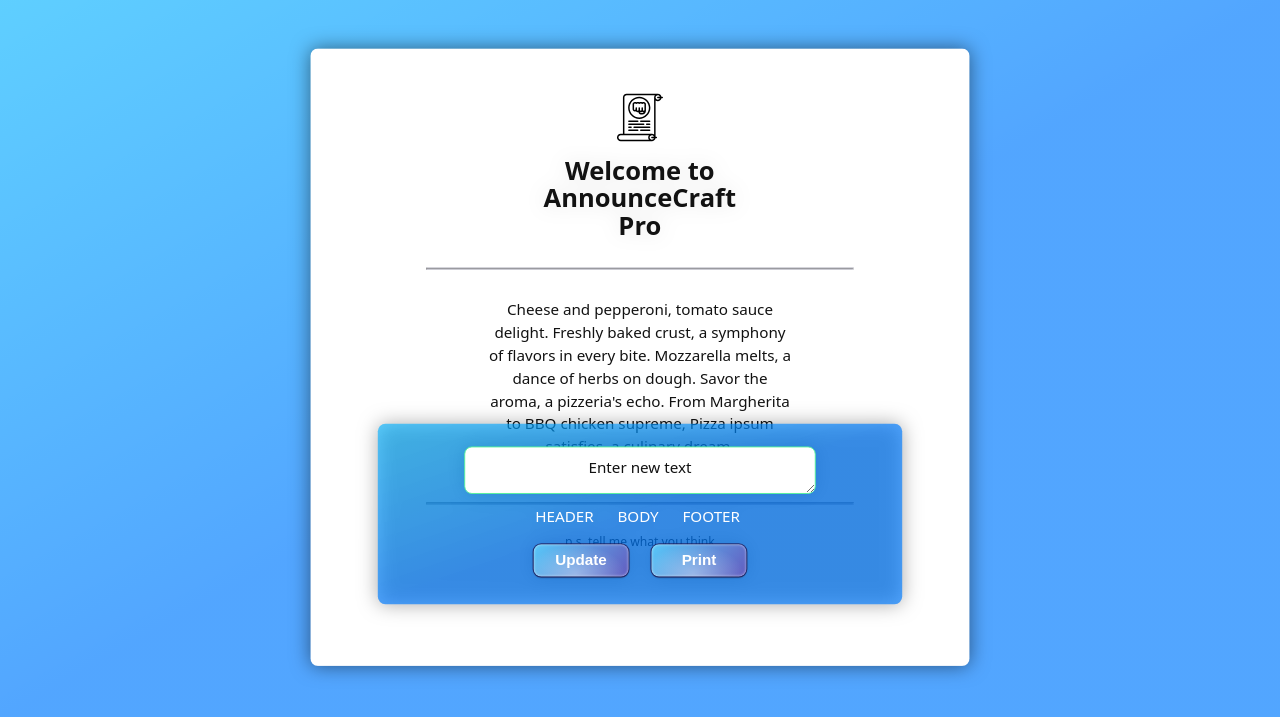
Repository: Freezler/AnnounceCraft
Page: index.html
An editor plug-in stored every save of this project. The page is shown before and after the next save, followed by the edit.
The browser window is 1280 px wide. The pictures show the whole page.

Above is the page before, as saved 2024-01-22 21:25:48.

### index.html
<!DOCTYPE html>
<html lang="en">

<head>
	<meta charset="UTF-8" />
	<meta name="viewport" content="width=device-width, initial-scale=1.0" />
	<title>Paper Announcement App</title>
	<link rel="stylesheet" href="style.css" />
</head>

<body>
	<section id="shopping-list">

		<div class="content">
			<svg xmlns="http://www.w3.org/2000/svg" xmlns:xlink="http://www.w3.org/1999/xlink" version="1.1" x="0"
				y="0px" viewBox="0 0 64 80" enable-background="new 0 0 64 64" xml:space="preserve">
				<g>
					<path
						d="M6,64h42c2.414,0,4.435-1.721,4.898-4H54c0.553,0,1-0.447,1-1s-0.447-1-1-1h-1V8.975C53.838,9.609,54.87,10,56,10   c2.414,0,4.435-1.721,4.898-4H62c0.553,0,1-0.447,1-1s-0.447-1-1-1h-1.102C60.435,1.721,58.414,0,56,0H14c-2.757,0-5,2.243-5,5v49   H6c-2.757,0-5,2.243-5,5S3.243,64,6,64z M48,62c-1.654,0-3-1.346-3-3s1.346-3,3-3c1.302,0,2.401,0.839,2.815,2H48   c-0.553,0-1,0.447-1,1s0.447,1,1,1h2.815C50.401,61.161,49.302,62,48,62z M58.815,4H56c-0.553,0-1,0.447-1,1s0.447,1,1,1h2.815   C58.401,7.161,57.302,8,56,8c-1.654,0-3-1.346-3-3s1.346-3,3-3C57.302,2,58.401,2.839,58.815,4z M11,5c0-1.654,1.346-3,3-3h38.025   C51.391,2.838,51,3.87,51,5v50.025C50.162,54.391,49.13,54,48,54H11V5z M6,56h38.025C43.391,56.838,43,57.87,43,59   s0.391,2.162,1.025,3H6c-1.654,0-3-1.346-3-3S4.346,56,6,56z" />
					<path
						d="M45,40.008h-4c-0.553,0-1,0.447-1,1s0.447,1,1,1h4c0.553,0,1-0.447,1-1S45.553,40.008,45,40.008z" />
					<path
						d="M17,42.008h20c0.553,0,1-0.447,1-1s-0.447-1-1-1H17c-0.553,0-1,0.447-1,1S16.447,42.008,17,42.008z" />
					<path
						d="M45,44.008H24c-0.553,0-1,0.447-1,1s0.447,1,1,1h21c0.553,0,1-0.447,1-1S45.553,44.008,45,44.008z" />
					<path
						d="M17,46.008h3c0.553,0,1-0.447,1-1s-0.447-1-1-1h-3c-0.553,0-1,0.447-1,1S16.447,46.008,17,46.008z" />
					<path
						d="M17,38.008h12c0.553,0,1-0.447,1-1s-0.447-1-1-1H17c-0.553,0-1,0.447-1,1S16.447,38.008,17,38.008z" />
					<path
						d="M45,36.008H33c-0.553,0-1,0.447-1,1s0.447,1,1,1h12c0.553,0,1-0.447,1-1S45.553,36.008,45,36.008z" />
					<path
						d="M29,48.008H17c-0.553,0-1,0.447-1,1s0.447,1,1,1h12c0.553,0,1-0.447,1-1S29.553,48.008,29,48.008z" />
					<path
						d="M45,48.008H33c-0.553,0-1,0.447-1,1s0.447,1,1,1h12c0.553,0,1-0.447,1-1S45.553,48.008,45,48.008z" />
					<path
						d="M40.001,14.006c0-1.654-1.346-3-3-3c-0.003,0-0.005,0.002-0.007,0.002c-0.703,0.001-1.389,0.19-1.993,0.545   c-1.213-0.711-2.787-0.711-4,0c-1.213-0.711-2.787-0.711-4,0c-0.604-0.354-1.29-0.544-1.993-0.545   c-0.002,0-0.004-0.002-0.007-0.002c-1.654,0-3,1.346-3,3v7.002c0,1.654,1.346,3,3,3c0.537,0,1.034-0.153,1.471-0.401   c0.532,0.84,1.464,1.402,2.529,1.402c0.36,0,0.7-0.074,1.021-0.19c-0.004,0.064-0.021,0.126-0.021,0.191c0,1.654,1.346,3,3,3h1.989   c0.004,0,0.006,0.002,0.01,0.002c2.76,0,5.006-2.246,5.006-5.006c0-0.009-0.005-0.016-0.005-0.024V14.006z M29.001,23.009   c-0.552,0-1-0.448-1-1v-3.003c0-0.553-0.447-1-1-1s-1,0.447-1,1v2.002c0,0.552-0.448,1-1,1s-1-0.448-1-1v-7.002   c0-0.551,0.447-0.998,0.997-1c0.001,0,0.002,0.001,0.003,0.001c0.485,0,0.957,0.186,1.331,0.521c0.379,0.342,0.959,0.342,1.338,0   c0.748-0.672,1.914-0.672,2.662,0c0.379,0.342,0.959,0.342,1.338,0c0.748-0.672,1.914-0.672,2.662,0   c0.189,0.171,0.43,0.257,0.669,0.257s0.479-0.086,0.669-0.257c0.374-0.336,0.846-0.521,1.331-0.521   c0.001,0,0.002-0.001,0.003-0.001c0.55,0.002,0.997,0.449,0.997,1v8.003c0,0.552-0.448,1-1,1s-1-0.448-1-1v-3.003   c0-0.553-0.447-1-1-1s-1,0.447-1,1v3.003c0,0.552-0.448,1-1,1s-1-0.448-1-1v-3.003c0-0.553-0.447-1-1-1s-1,0.447-1,1v3.003   C30.001,22.561,29.553,23.009,29.001,23.009z M35.007,26.011c-0.003,0-0.005-0.001-0.007-0.001h-1.999c-0.552,0-1-0.448-1-1   c0-0.061,0.026-0.115,0.038-0.174c0.304,0.104,0.623,0.173,0.962,0.173c0.771,0,1.468-0.301,2-0.78c0.532,0.479,1.229,0.78,2,0.78   c0.084,0,0.162-0.018,0.244-0.024C36.695,25.607,35.9,26.009,35.007,26.011z" />
					<path
						d="M31,3.998c-8.271,0-15,6.729-15,15s6.729,15,15,15s15-6.729,15-15S39.271,3.998,31,3.998z M31,31.998   c-7.168,0-13-5.832-13-13s5.832-13,13-13s13,5.832,13,13S38.168,31.998,31,31.998z" />
				</g>
			</svg>
			<h1 @click="updateSelectedType('Header'); updateSelectedText(header)">{{ header }}</h1>
			<hr>
			<p @click="updateSelectedType('Body'); updateSelectedText(body)">{{ body }}</p>
			<hr>
			<h4 @click="updateSelectedType('Footer'); updateSelectedText(footer)">{{ footer }}</h4>
		</div>
		<div class="choice-box">
			<textarea v-model="selectedText" type="text" minlength="10" maxlength="400" required
				placeholder="Enter new text"></textarea>

			<div class="radio-container">
				<input class="btn" type="radio" id="header" value="Header" v-model="selectedType"
					@change="updateTempContent">
				<label for="header">HEADER</label>
				<input class="btn" type="radio" id="body" value="Body" v-model="selectedType"
					@change="updateTempContent">
				<label for="body">BODY</label>
				<input class="btn" type="radio" id="footer" value="Footer" v-model="selectedType"
					@change="updateTempContent">
				<label for="footer">FOOTER</label>
				<div class="btn-group">
					<button @click="updateText" class="btn">Update</button>
					<button @click="updateText" class="btn">Print</button>
				</div>

			</div>
		</div>
	</section>
	<script src="https://unpkg.com/vue@3"></script>
	<script src="app.js"></script>
</body>

</html>

### style.css
:root {
    --primary-color: hsla(211, 100%, 50%, 0.678);
    --secondary-color: #6c757d;
    --success-color: #28a745;
    --error-color: #dc3545;
    --oxford-blue: rgb(18, 18, 18);
    --bittersweet: rgb(44, 44, 88);
    --platinum: hsla(174, 11%, 82%, 1);
    --khaki: rgb(118, 143, 230);
    --white: rgb(255, 255, 255);
    --primary: rgb(255, 0, 76);
    --secondary: rgb(0, 255, 76);
    --polkadot-pink: #e6007a;
    --polkadot-purple: #552BBF;
    --polkadot-cyan: hsla(198, 100%, 50%, 0.63);
    --polkadot-lime: #D3FF33;
    --polkadot-green: #56F39A;

    /* Fonts */
    --main-font: 'system-ui', -apple-system, BlinkMacSystemFont, 'Segoe UI', Roboto, Oxygen, Ubuntu, Cantarell, 'Open Sans', 'Helvetica Neue', sans-serif;
    --heading-font: 'Roboto', sans-serif;

    /* Spacing */
    --spacing-small: 8px;
    --spacing-medium: 16px;
    --spacing-large: 24px;

    /* Breakpoints */
    --tablet-breakpoint: 768px;
    --desktop-breakpoint: 1024px;

    /* Other Variables */
    --border-radius: 4px;
    --box-shadow: 1px 2px 4px rgba(0, 0, 0, 0.5);
    --radius: 8px;

    /* Typography */
    --heading-font-size: 24px;
    --heading-line-height: 1.2;
    --paragraph-font-size: 16px;
    --paragraph-line-height: 1.5;
    --paragraph-max-width: 35ch;

    scale: 0.95;
}

body {
    margin: 0;
    padding: 0;
    font-family: var(--main-font);
    background-image: linear-gradient(to bottom right, var(--polkadot-cyan) 0%, var(--primary-color) 50%);
    color: var(--oxford-blue);
    text-align: center;
    height: 100vh;
    display: flex;
    flex-direction: column;
    align-items: center;

}

section {
    margin: 2rem;
    height: 90%;
    border: 1px solid transparent;
    border-radius: var(--radius);
    padding: 0;
    max-width: 54vw;
    background-color: var(--white);
    text-align: center;
    position: absolute;
    /* box-shadow: var(--box-shadow); */
    filter: drop-shadow(0px 0px 10px rgba(0,0,0,.5));

}

h1 {
    font-size: clamp(0.9rem, 2vw, 2rem);
    line-height: 1.1;
    filter: drop-shadow(0px 0px 10px rgba(0,0,0,.1));

    width: 15ch;
    margin: 1rem auto 0;
    word-wrap: pretty;
    transform: scale(1.05);
}

h1:hover {


    color: var(--polkadot-lime);
    transition: color 5s cubic-bezier(0.215, 0.610, 0.355, 1);
    text-align: center;

    padding: 0;
}

h4 {
    font-size: clamp(0.3rem, 2vw, 0.8rem);
    font-weight: 100;
    width: 35ch;
    vertical-align: middle;
    margin: 0 auto;
    padding-bottom: 24px;
    text-align: center;
    word-wrap: balanced;
}

p {
    font-size: clamp(0.6rem, 2vw, 1rem);
    line-height: 1.6;
    width: 35ch;
    line-height: 1.5;
    margin: 0 auto;
    padding: 0px 0px 1rem;
    text-wrap: balance;
    text-align: center;
}

hr {
    background-color: var(--bittersweet);
    width: 35vw;

    align-self: center;

}

label {
    display: block;
    color: var(--white);
}

.radio-container input[type="radio"] {
    display: none;

}

.radio-container input[type="radio"]:hover {
    background: #b984e86e;

}

.radio-container input[type="radio"]+label {
    display: inline-block;
    padding: 5px 10px;
    border-radius: var(--radius);
    margin-right: 5px;
    cursor: pointer;
}

.radio-container input[type="radio"]:checked+label {
    color: var(--white);
    font-weight: 700;
    text-transform: uppercase;
    background: var(--primary);
    filter: brightness(1.)
}

.content {
    display: flex;
    flex-direction: column;
    gap: clamp(1.4rem, 1vw, 2rem);
    width: 54vw;
    text-wrap: balance;
    padding: 5rem 0 4rem;
    margin-top: 1.2rem;
}

svg {
    position: absolute;
    top: 2.4rem;
    left: calc(50% - 25px);
    width: 50px;
    height: 80px;
    padding-bottom: 1rem;

}

.choice-box {
    position: absolute;
    bottom: 2rem;

    opacity: 1;

    background-image: linear-gradient(to bottom right, var(--polkadot-cyan) 0%, var(--primary-color) 50%);
    display: flex;
    flex-direction: column;
    gap: 8px;
    justify-content: center;
    align-items: center;
    break-before: always;
    left: 0rem;
    right: 0;
    padding: 0.8rem 0 0.8rem;

    border-radius: var(--radius);
    padding-top: 24px;
    padding-bottom: 16px;
    margin: 2rem auto;

    filter: drop-shadow(0px 0px 10px rgba(0,0,0,.5));

    max-width: 80%;

    textarea {
        width: 66%;
        color: var(--oxford-blue);
        background-color: var(--white);
        border: 1px solid var(--polkadot-green);
        border-radius: var(--radius);
        font-size: 16px;
        font-family: system-ui, -apple-system, BlinkMacSystemFont, 'Segoe UI', Roboto, Oxygen, Ubuntu, Cantarell, 'Open Sans', 'Helvetica Neue', sans-serif;
        margin: 0 auto;

        text-align: center;
        justify-content: baseline;
        overflow: hidden;
        outline: none;
        vertical-align: middle;

        &::placeholder {
            color: var(--oxford-blue);
            text-align: center;
            justify-content: baseline;
            padding-top: 0.5rem;
        }

        &:focus {
            border-color: var(--white);
            box-shadow: 0 0 0 0.1rem var(--primary);
            text-align: center;


        }

        &::invalid {
            background-color: var(--secondary);
        }
    }
}

/*  */

.btn:hover {
    background: var(--bittersweet);
    color: var();
    text-decoration: none;
}

.btn-group {
    display: grid;
    grid-template-columns: 1fr 1fr;
    gap: 8px;
    justify-content: center;
    place-items: center;
}


/* CSS */

.btn {
    margin: 0.8rem 0.3rem;
    padding: 8px 12px;
    border: 0;
    font-size: 16px;
    transition: all 150ms ease-in-out;
    width: 100px;
    border-radius: 8px;
    box-shadow: rgba(255, 255, 255, 0.2) 0px 1px 0px 0px inset, rgba(0, 0, 0, 0.07) 0 1px 1px, rgba(0, 0, 0, 0.07) 0 2px 2px, rgba(0, 0, 0, 0.07) 0 4px 4px;
    font-weight: 600;
    color: #fff;
    box-shadow: rgba(32, 27, 92, 0.8) 0px 0px 0px 1px, rgba(255, 255, 255, 0.7) 0 0 3px 0 inset, 0 1px 2px 0 rgba(0, 0, 0, .5);
    background-image: radial-gradient(53% 87% at 44% 90%, rgba(255, 255, 255, 0.36) 0%, transparent 100%), linear-gradient(130deg, var(--polkadot-cyan) 0%, #635cc0 100%);
}


.btn:hover {
    background: var(--primary);
    filter: brightness(1.)
}



.btn:active {
    transform: scale(.95);
}

### app.js

const PaperAnnouncement = Vue.createApp({
    /**
     * Returns an object with header, body, footer, selectedText, selectedType, and tempContent properties.
     *
     * @return {Object} The object containing header, body, footer, selectedText, selectedType, and tempContent properties.
     */
    data() {
        return {
            header: "Welcome to AnnounceCraft Pro",
            body: "Cheese and pepperoni, tomato sauce delight. Freshly baked crust, a symphony of flavors in every bite. Mozzarella melts, a dance of herbs on dough. Savor the aroma, a pizzeria's echo. From Margherita to BBQ chicken supreme, Pizza ipsum satisfies, a culinary dream.",
            footer: "p.s. tell me what you think",
            selectedText: "",
            selectedType: "",
            tempContent: { type: "", text: "" }
        };
    },
    methods: {
        /**
         * Updates the temporary content based on the selected type and text.
         */
        updateTempContent() {
            if (this.selectedText === "") {
                this.selectedType = "";
                alert("Please enter text first");
            } else {
                if (this.selectedType !== undefined) {
                    this.tempContent.type = this.selectedType;
                }
                if (this.selectedText !== undefined) {
                    this.tempContent.text = this.selectedText;
                }
            }
        },

        /**
         * Updates the header, body, and footer based on the type and text from this.tempContent.
         */
        updateText() {
            const { type, text } = this.tempContent;
            if (type === "Header") {
                this.header = text;
            }
            if (type === "Body") {
                this.body = text;
            }
            if (type === "Footer") {
                this.footer = text;
            }
            this.selectedType = "";
            this.selectedText = "";
        }
    }

}).mount("#shopping-list");

After the next save:
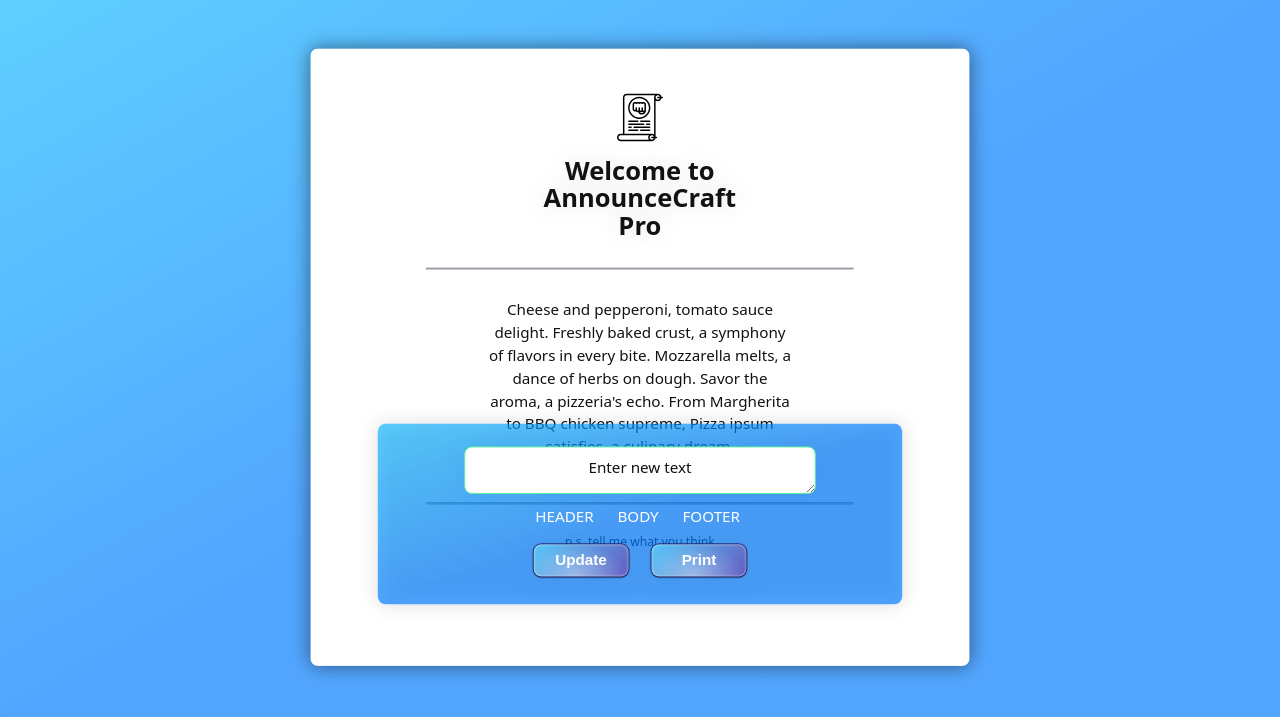
Saved 9 s later.
--- a/style.css
+++ b/style.css
@@ -197,7 +197,7 @@ svg {
     padding-bottom: 16px;
     margin: 2rem auto;
 
-    filter: drop-shadow(0px 0px 10px rgba(0,0,0,.5));
+    filter: drop-shadow(0px 0px 10px rgba(0,0,0,.2));
 
     max-width: 80%;
 
